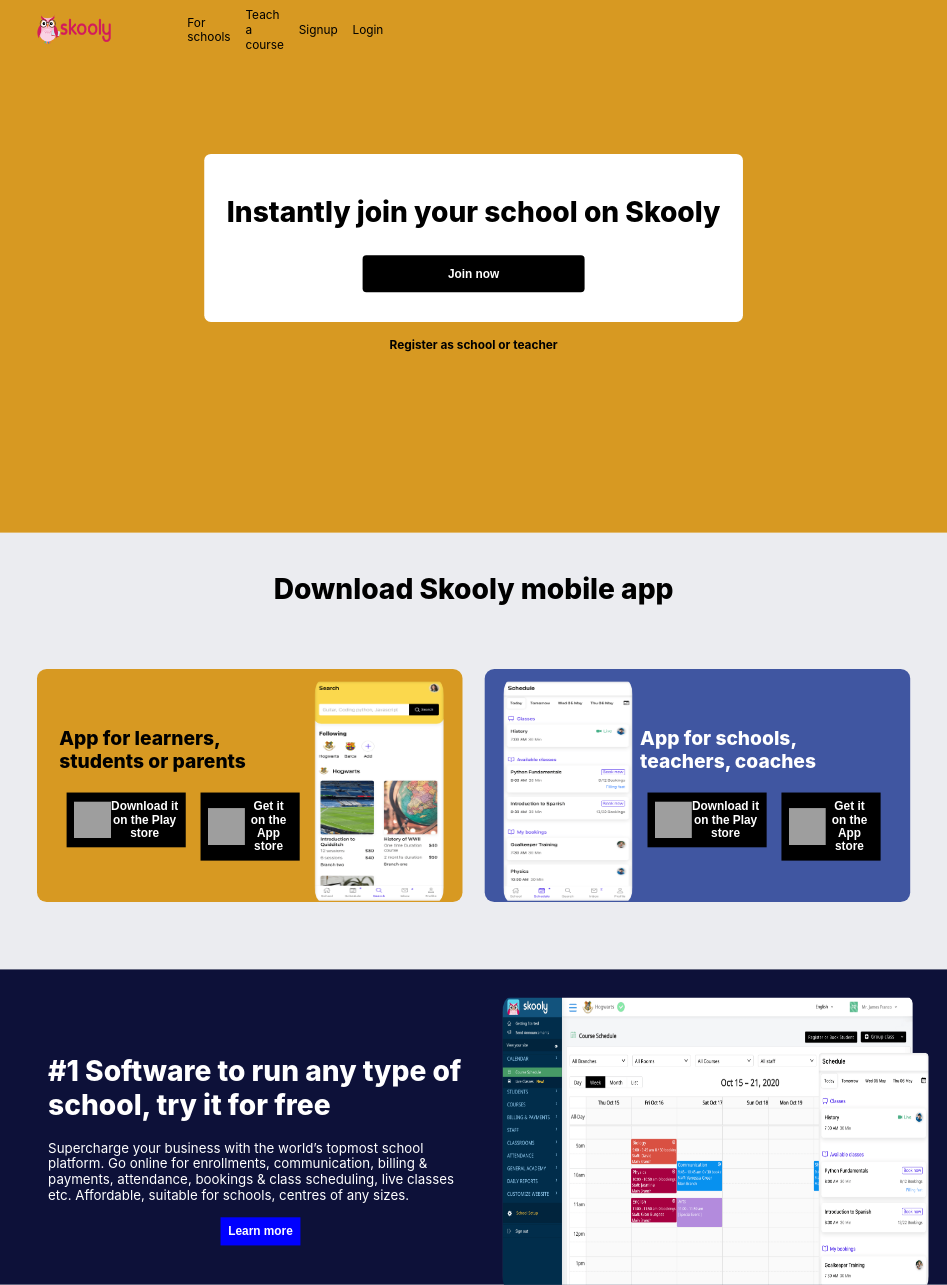
Repository: akankshaajoshi/Skooly-Clone
Page: /
The author's editor kept a copy of each file at every save. The page is drawn from the files as they stood at one save, then again after the next save.
The browser window is 1280 px wide. The pictures show the whole page, at 74% of full size.
Pictures or frames that could not be fetched are drawn as grey boxes. The project was rebuilt for these pictures with package versions that can differ from the ones it lists, and the page was loaded fresh each time. Also part of the build but not shown: craco.config.js.

Above is the page before, as saved 2023-09-14 20:37:53.

After the next save:
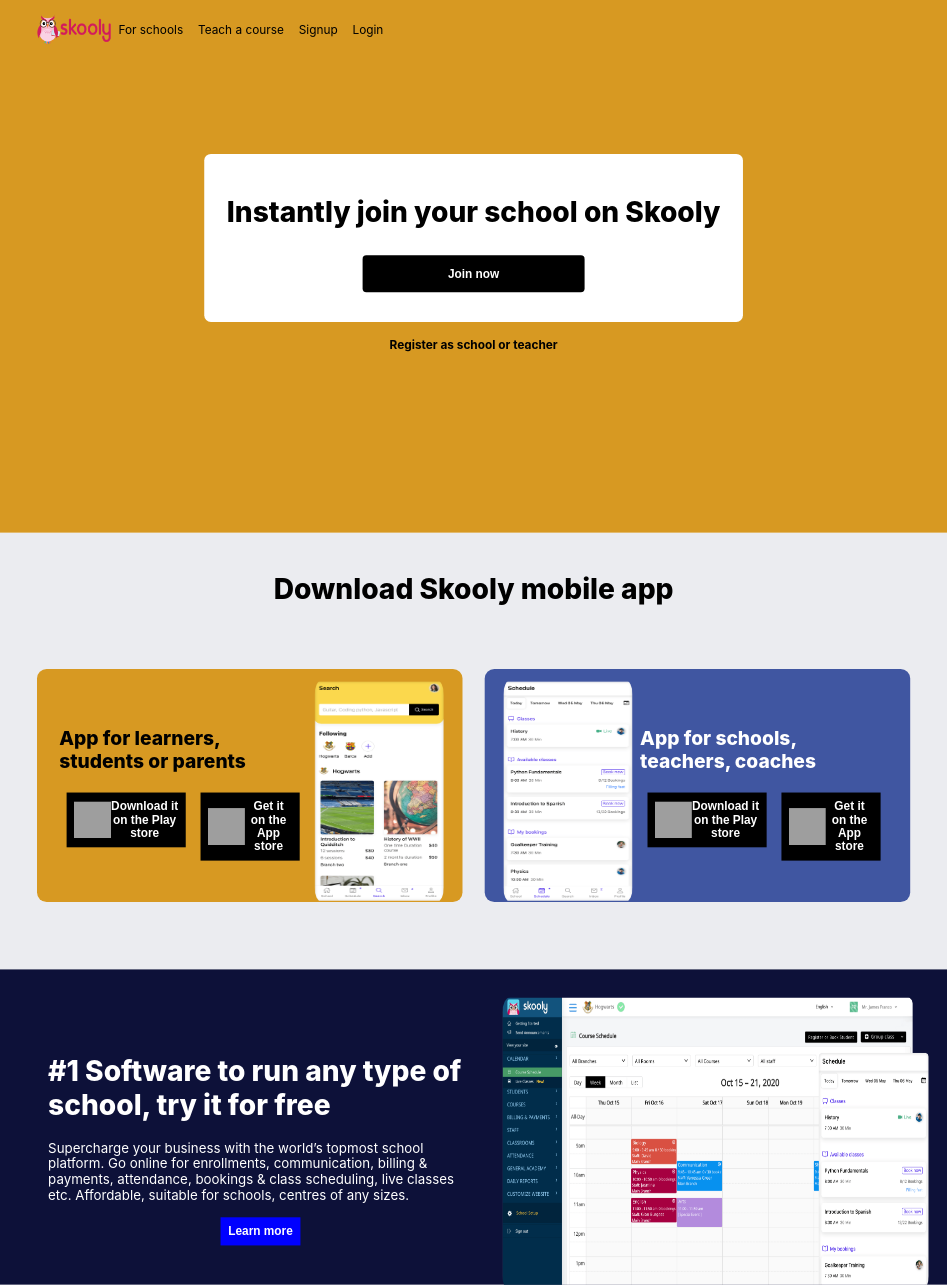
Saved 19 s later.
--- a/src/components/shared/Navbar/index.js
+++ b/src/components/shared/Navbar/index.js
@@ -16,14 +16,12 @@
   align-items: center;
   flex-direction: row;
   padding: 10px 0px 10px 50px;
-  flex: 1;
 `;
 
 const NavRight = styled.div`
   display: flex;
   flex-direction: row;
   align-items: center;
-  flex: 1;
 `;
 
 const NavComponent = styled.div`
